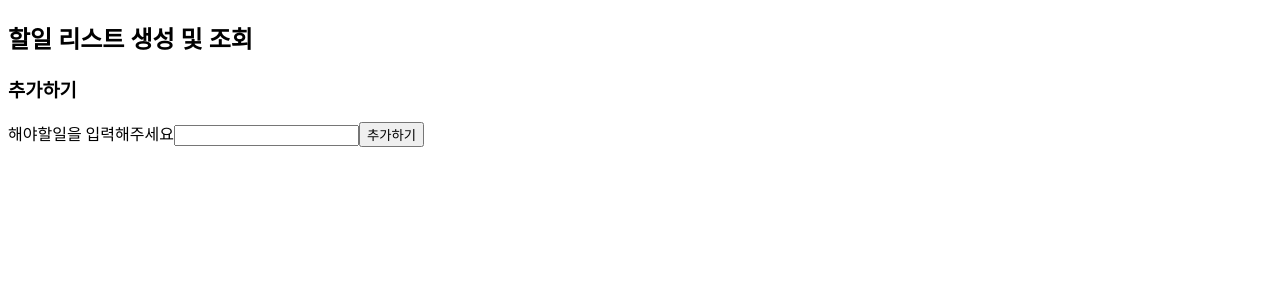
Repository: Tak-kuen/18-2
Page: http://localhost/studyjsp/TodoServlet
The author's editor kept a copy of each file at every save. The page is drawn from the files as they stood at one save, then again after the next save.
The browser window is 1280 px wide. The pictures show the whole page.
The page is served by Tomcat 9. Queries for data that is not in the repository find no rows.

Above is the page before, as saved 2018-10-04 01:39:16.

After the next save:
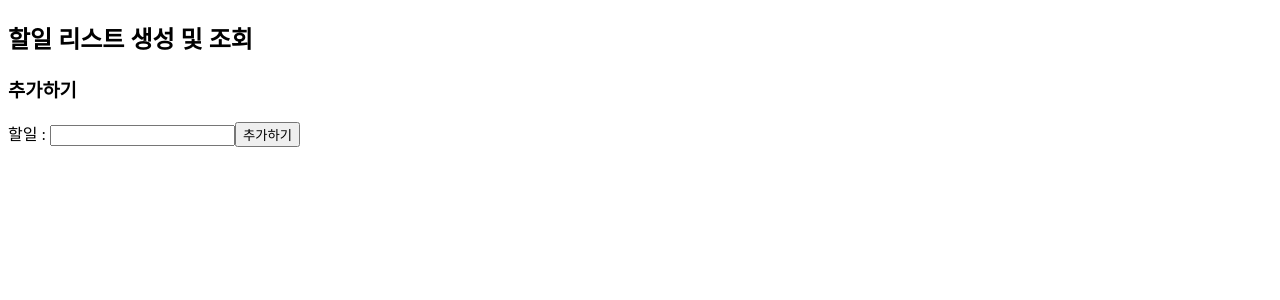
Saved 12 s later.
--- a/code/studyjsp/WebContent/Jsp/372_todo.jsp
+++ b/code/studyjsp/WebContent/Jsp/372_todo.jsp
@@ -11,7 +11,7 @@
 	<h2>할일 리스트 생성 및 조회</h2>
 	<h3>추가하기</h3>
 	<form action = "TodoServlet" method="post">
-		해야할일을 입력해주세요<input type="text" name="detail" ><input type="submit" value="추가하기"><br/>
+		할일 : <input type="text" name="detail" ><input type="submit" value="추가하기"><br/>
 	</form>
 
 	<%
